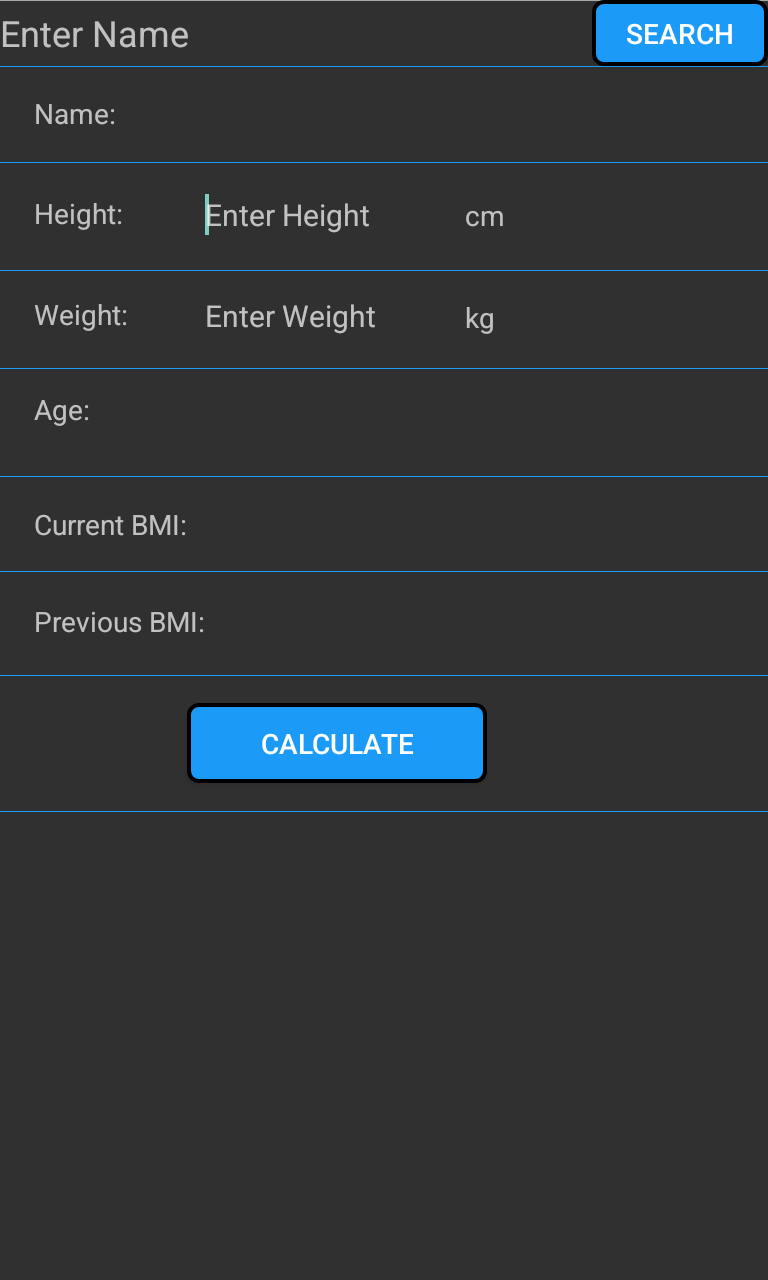
Repository: Team-7/prototype.6
Layout: workspace/Hope World Wide/res/layout/bmi.xml
The author's editor kept a copy of each file at every save. The layout is drawn from the files as they stood at one save, then again after the next save.
It is drawn on a 768 x 1280 px phone screen (xhdpi) without system bars, with theme AppTheme; the app's code is not run.

Above is the layout before, as saved 2014-05-31 12:12:06.

After the next save:
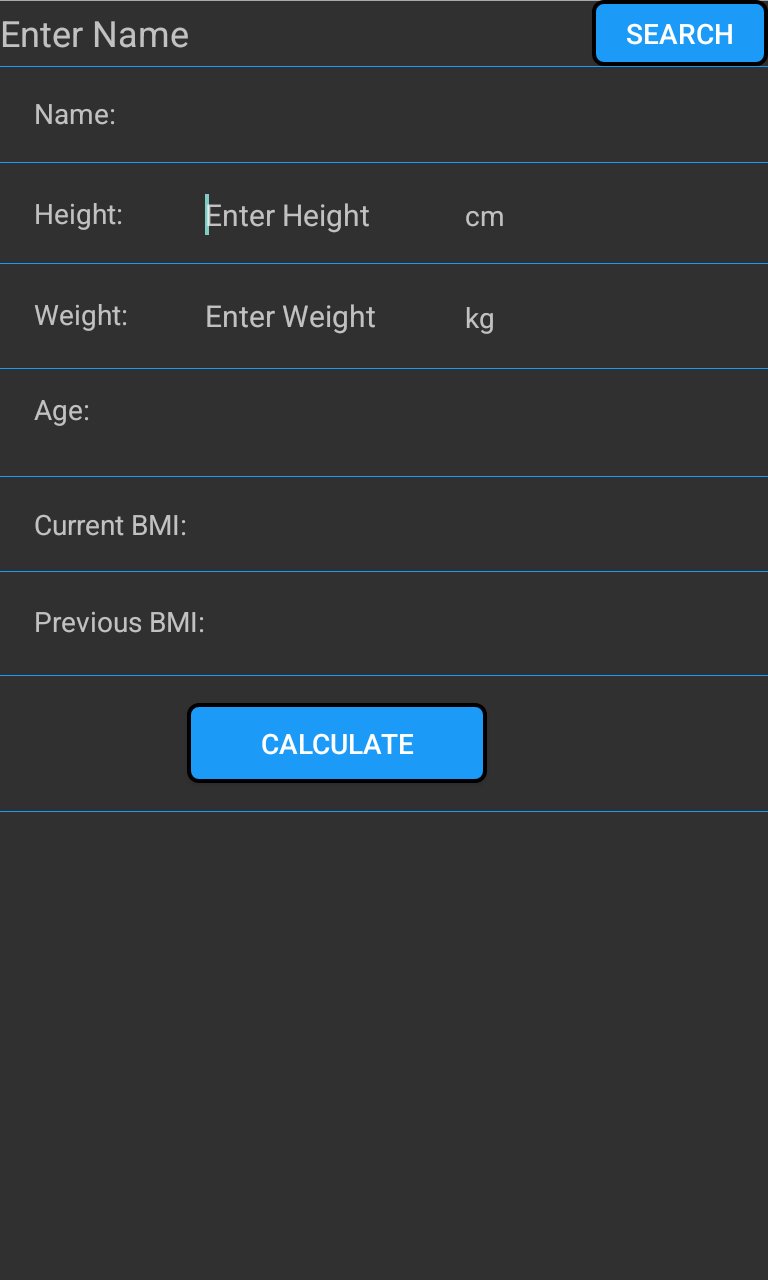
Saved 2 min 30 s later.
--- a/workspace/Hope World Wide/res/layout/bmi.xml
+++ b/workspace/Hope World Wide/res/layout/bmi.xml
@@ -58,6 +58,16 @@
         android:layout_marginTop="31dp"
         android:text="@string/height" />
 
+    <View
+        android:id="@+id/View02"
+        android:layout_width="fill_parent"
+        android:layout_height="0.2dp"
+        android:layout_alignParentLeft="true"
+        android:layout_below="@+id/heightvalue"
+        android:layout_marginTop="14dp"
+        android:background="#1B9AF7"
+        android:paddingBottom="3dp" />
+
     <TextView
         android:id="@+id/weight"
         android:layout_width="wrap_content"
@@ -281,32 +291,4 @@
         <requestFocus />
     </EditText>
 
-    <TextView
-        android:id="@+id/textView11"
-        android:layout_width="wrap_content"
-        android:layout_height="wrap_content"
-        android:layout_below="@+id/weight"
-        android:layout_toLeftOf="@+id/button2"
-        android:layout_toRightOf="@+id/bmi"
-        android:textAppearance="?android:attr/textAppearanceSmall" />
-
-    <TextView
-        android:id="@+id/textView12"
-        android:layout_width="wrap_content"
-        android:layout_height="wrap_content"
-        android:layout_alignLeft="@+id/heightvalue"
-        android:layout_below="@+id/textView1"
-        android:layout_toLeftOf="@+id/button2"
-        android:textAppearance="?android:attr/textAppearanceSmall"/>
-
-    <View
-        android:id="@+id/View02"
-        android:layout_width="fill_parent"
-        android:layout_height="0.2dp"
-        android:layout_alignParentLeft="true"
-        android:layout_below="@+id/textView12"
-        android:background="#1B9AF7"
-        android:paddingTop="3dp"
-        android:paddingBottom="3dp" />
-
 </RelativeLayout>
